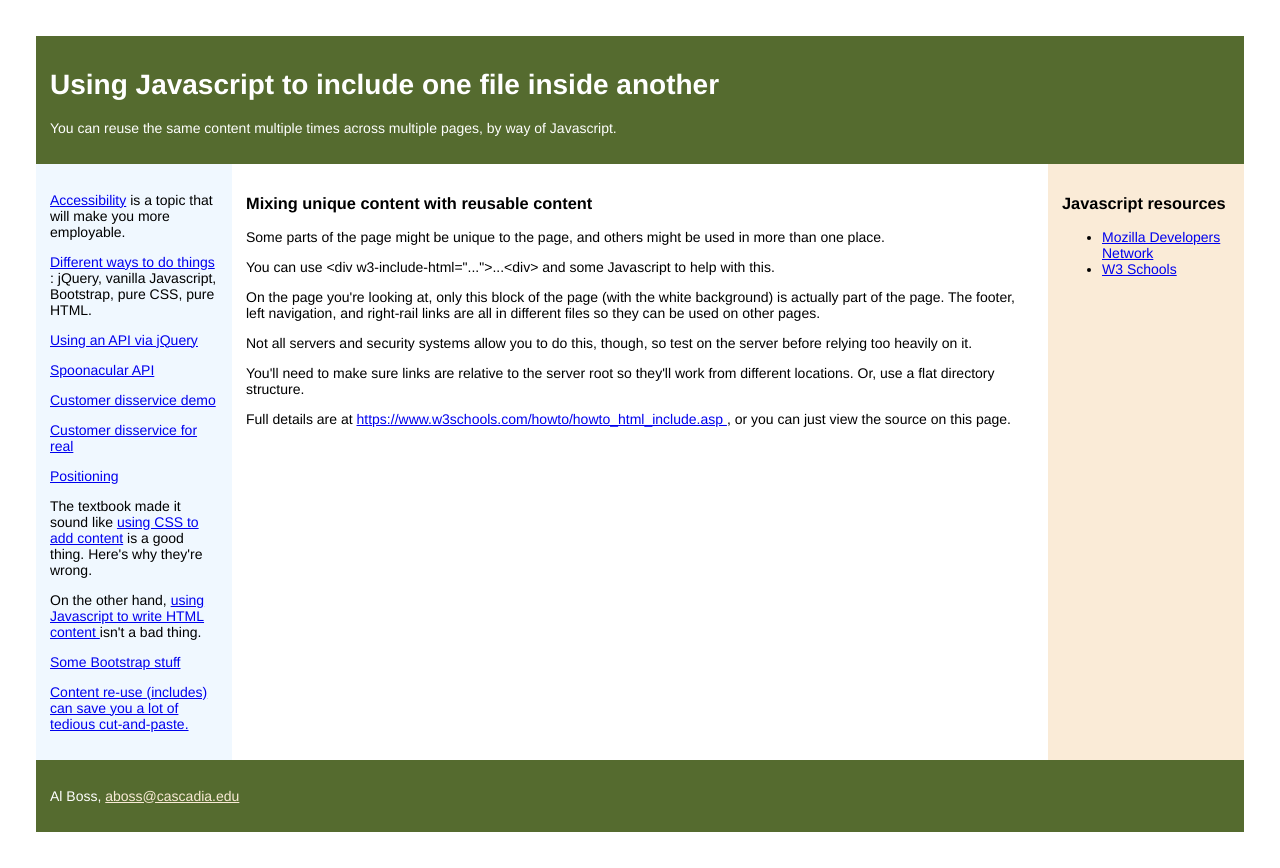
Repository: alboss/bit-175
Page: docs/includes-index.html
An editor plug-in stored every save of this project. The page is shown before and after the next save, followed by the edit.
The browser window is 1280 px wide. The pictures show the whole page.

Above is the page before, as saved 2023-05-10 17:28:46.

After the next save:
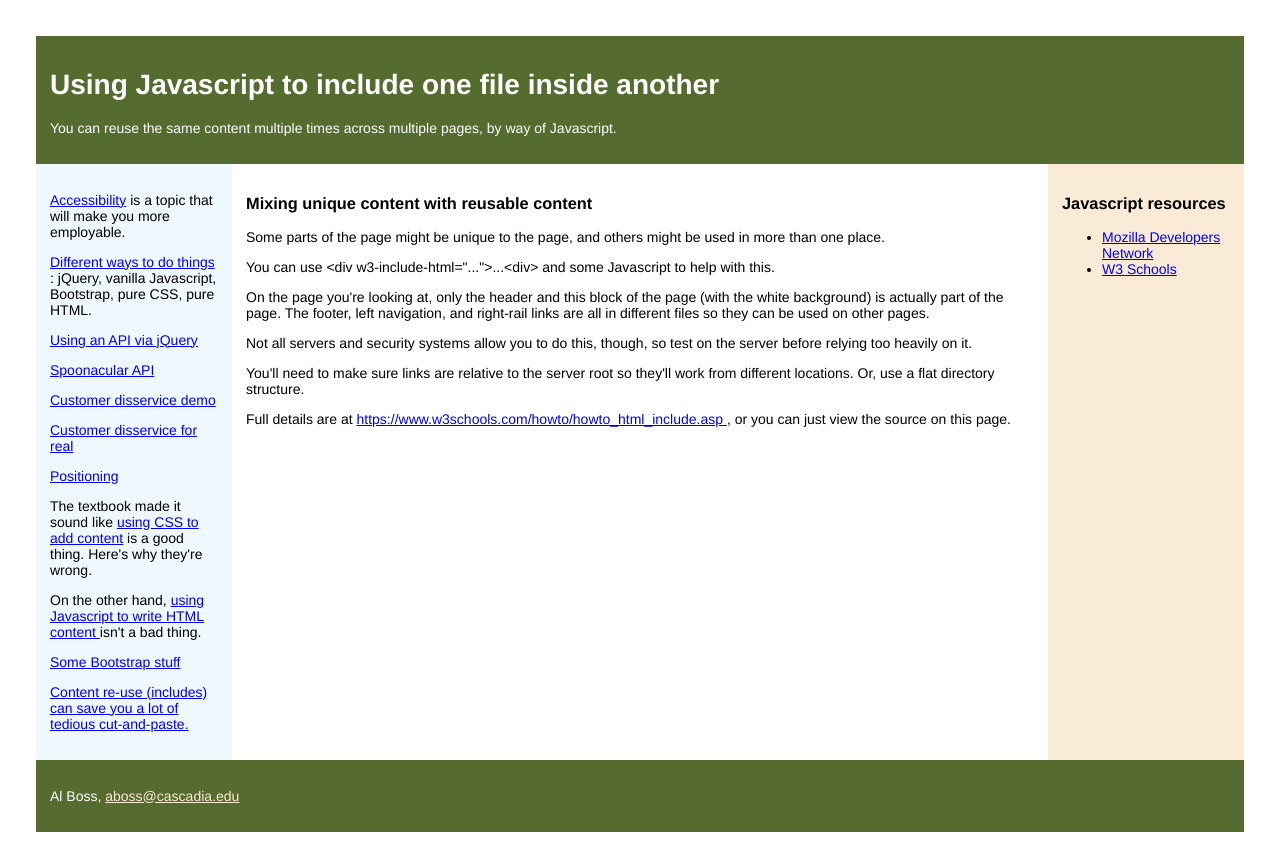
Saved 6 s later.
--- a/docs/includes-index.html
+++ b/docs/includes-index.html
@@ -70,7 +70,7 @@
           Javascript to help with this.
         </p>
         <p>
-          On the page you're looking at, only this block of the page (with the
+          On the page you're looking at, only the header and this block of the page (with the
           white background) is actually part of the page. The footer,
           left navigation, and right-rail links are all in different files so
           they can be used on other pages.
